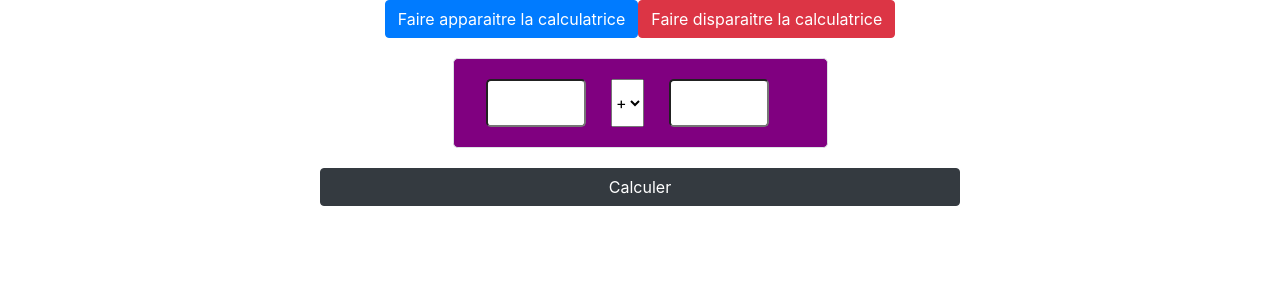
Repository: julieLyM/calculatrice
Page: calculatrice.html
An editor plug-in stored every save of this project. The page is shown before and after the next save, followed by the edit.
The browser window is 1280 px wide. The pictures show the whole page.

Above is the page before, as saved 2020-12-08 15:32:21.

After the next save:
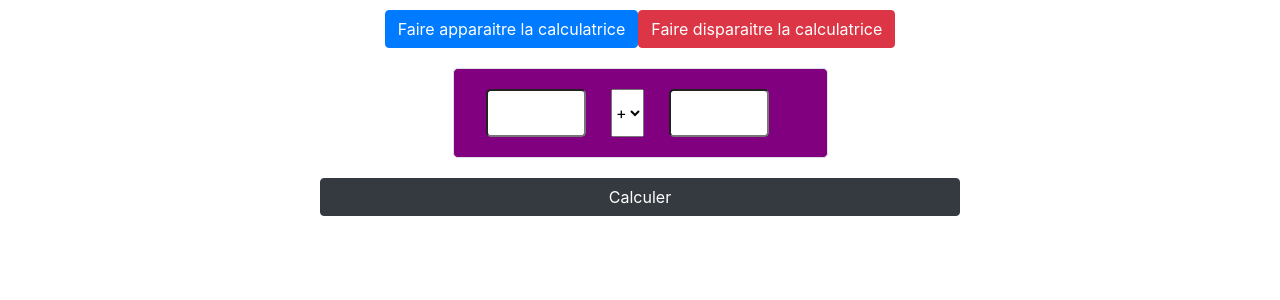
Saved 13 s later.
--- a/calculatrice.html
+++ b/calculatrice.html
@@ -9,7 +9,7 @@
   </head>
   <body>
     <div class="container-fluid">
-        <div class="row justify-content-center" style="margin: 0 auto; text-align:center">
+        <div class="row justify-content-center" style="margin: 10px; text-align:center">
           <button class="btn btn-primary" id="appear">
             Faire apparaitre la calculatrice
           </button>
